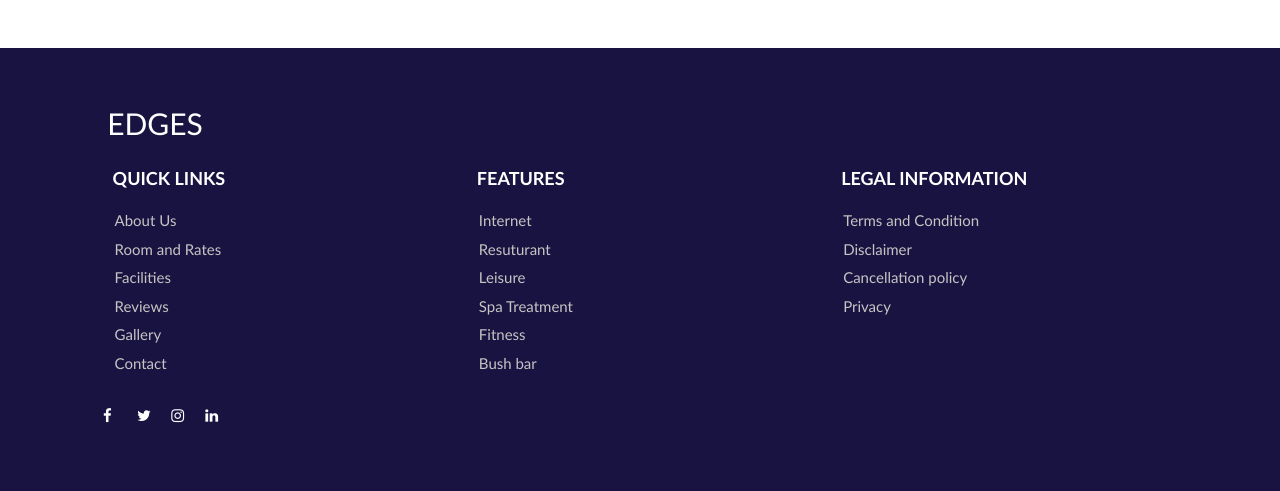
Repository: Syfon01/hotel-website
Page: index.html
The author's editor kept a copy of each file at every save. The page is drawn from the files as they stood at one save, then again after the next save.
The browser window is 1280 px wide. The pictures show the part of the page from y = 2361 to 2852 px (the page is 2852 px tall).

Above is the page before, as saved 2020-06-09 18:37:57.

### index.html
<!doctype html>
<html lang="en">
  <head>
    <title>Title</title>
    <!-- Required meta tags -->
    <meta charset="utf-8">
    <meta name="viewport" content="width=device-width, initial-scale=1, shrink-to-fit=no">
  <!-- font awesome -->
  <link rel="stylesheet" href="https://cdnjs.cloudflare.com/ajax/libs/font-awesome/4.7.0/css/font-awesome.min.css">
    <!-- Bootstrap CSS -->
    <link rel="stylesheet" href="https://stackpath.bootstrapcdn.com/bootstrap/4.3.1/css/bootstrap.min.css" integrity="sha384-ggOyR0iXCbMQv3Xipma34MD+dH/1fQ784/j6cY/iJTQUOhcWr7x9JvoRxT2MZw1T" crossorigin="anonymous">
    <link rel="stylesheet" href="room.css">
    <link rel="stylesheet" href="style.css">

  </head>
  <body>
    <!-- header, navbar -->
    <section class="top__section">
      <div class="top__content">
        <div class="container">
          <div class="icons">
            <i class="fa fa-facebook"></i>
            <i class="fa fa-twitter"></i>
            <i class="fa fa-instagram"></i>
            <i class="fa fa-linkedin"></i>
          </div>

          <div class="select">
            <p>English</p><span><i class="fa fa-angle-down"></i></span>
            <p class="x">NGN</p><span><i class="fa fa-angle-down"></i></span>
          </div>
        </div>
      </div>
    </section>

    <section class="main__frame">
      <nav>
        <input type="checkbox" name="" id="check">
        <label for="check" class="checkbtn"><span class="hamburger"></span></label>
        <label class="navBrand">EDGES</label>
        <ul>
          <li><a href="#" class="active">Home</a></li>
          <li><a href="#">About us</a></li>
          <li><a href="#">Room and Rates</a></li>
          <li><a href="#">Facilities</a></li>
          <li><a href="#">Gallery</a></li>
          <li><a href="#">Review</a></li>
          <li><a href="#">Contact</a></li>
        </ul>
      </nav>

      <div class="text-center text-white pt-5">
        <div class="container cont-head pt-5">
          <div class="vert-head pt-5">
            <h1 class="home pb-3">
              Our Rooms
            </h1>
            <div class="col-12 mx-auto">
              <p>
                Enjoy ultimate relaxation in one of our 94 rooms, including 27 spacious suites, designed with your comfort in
                mind.
                All
                rooms offer free high-speed wireless internet, natural light, as well as coffee and tea facilities. Return
                after a
                full
                day of work or sightseeing and unwind in style.
              </p>
            </div>
          </div>

        </div>
      </div>
    </section>

    <!-- carousel section -->
    <section id="carousel-section">
      <div class="container mt-5">
        <div class="row py-4">
          <div class="col-md-7 col-lg-7 col-12 col-sm-12">
            <div id="carouselExampleIndicators" class="carousel slide" data-ride="carousel">
              <ol class="carousel-indicators">
                <li data-target="#carouselExampleIndicators" data-slide-to="0" class="active"></li>
                <li data-target="#carouselExampleIndicators" data-slide-to="1"></li>
                <li data-target="#carouselExampleIndicators" data-slide-to="2"></li>
              </ol>
              <div class="carousel-inner">
                <div class="carousel-item active">
                  <img src="./img/hotel1.png" class="d-block w-100 img-carousel img-fluid" alt="...">
                </div>
                <div class="carousel-item">
                  <img src="./img/hotel2.png" class="d-block w-100 img-carousel img-fluid" alt="...">
                </div>
                <div class="carousel-item">
                  <img src="./img/hotel3.png" class="d-block w-100 img-carousel img-fluid" alt="...">
                </div>
              </div>

            </div>
          </div>
          <div class="col-md-5 col-lg-5 col-12 col-sm-12">
            <div class="hovertext">
              <h4 class="text-purple mb-4">Standard Room</h4>
              <p class="text-purple"><span class="p-font-weight">Bed type </span>: 1 King sized bed</p>
              <p class="text-purple"><span class="p-font-weight">Size</span> : 25m2</p>
              <p class="text-purple"><span class="p-font-weight">Max.guest </span>: 2 Adults and a child</p>
              <p class="text-purple mb-4"><span class="p-font-weight p-20">#16,700</span> /night</p>
              <button class="btn btn-purple px-5">Book Now</button>
            </div>
          </div>
        </div>

        <div class="row py-4">
          <div class="col-md-7 col-lg-7 col-12 col-sm-12">
            <div id="carouselExampleIndicators" class="carousel slide" data-ride="carousel">
              <ol class="carousel-indicators">
                <li data-target="#carouselExampleIndicators" data-slide-to="0" class="active"></li>
                <li data-target="#carouselExampleIndicators" data-slide-to="1"></li>
                <li data-target="#carouselExampleIndicators" data-slide-to="2"></li>
              </ol>
              <div class="carousel-inner">
                <div class="carousel-item active">
                  <img src="./img/hotel2.png" class="d-block w-100 img-carousel img-fluid" alt="...">
                </div>
                <div class="carousel-item">
                  <img src="./img/hotel3.png" class="d-block w-100 img-carousel img-fluid" alt="...">
                </div>
                <div class="carousel-item">
                  <img src="./img/hotel4.png" class="d-block w-100 img-carousel img-fluid" alt="...">
                </div>
              </div>

            </div>
          </div>
          <div class="col-md-5 col-lg-5 col-12 col-sm-12">
          <div class="hovertext">
            <h4 class="text-purple mb-4">Deluxe Room</h4>
            <p class="text-purple"><span class="p-font-weight">Bed type </span>: 1 King sized bed</p>
            <p class="text-purple"><span class="p-font-weight">Size</span> : 29m2</p>
            <p class="text-purple"><span class="p-font-weight">Max.guest </span>: 2 Adults and a child</p>
            <p class="text-purple mb-4"><span class="p-font-weight p-20">#16,700</span> /night</p>
            <button class="btn btn-purple px-5">Book Now</button>
          </div>
          </div>
        </div>

        <div class="row py-4">
          <div class="col-md-7 col-lg-7 col-12 col-sm-12">
            <div id="carouselExampleIndicators" class="carousel slide" data-ride="carousel">
              <ol class="carousel-indicators">
                <li data-target="#carouselExampleIndicators" data-slide-to="0" class="active"></li>
                <li data-target="#carouselExampleIndicators" data-slide-to="1"></li>
                <li data-target="#carouselExampleIndicators" data-slide-to="2"></li>
              </ol>
              <div class="carousel-inner">
                <div class="carousel-item active">
                  <img src="./img/hotel3.png" class="d-block w-100 img-carousel h-50 img-fluid" alt="...">
                </div>
                <div class="carousel-item">
                  <img src="./img/hotel4.png" class="d-block w-100 img-carousel img-fluid" alt="...">
                </div>
                <div class="carousel-item">
                  <img src="./img/hotel1.png" class="d-block w-100 img-carousel img-fluid" alt="...">
                </div>
              </div>

            </div>
          </div>
          <div class="col-md-5 col-lg-5 col-12 col-sm-12">
          <div class="hovertext">
            <h4 class="text-purple mb-4">Standard Deluxe Room</h4>
            <p class="text-purple"><span class="p-font-weight">Bed type </span>: 1 King sized bed</p>
            <p class="text-purple"><span class="p-font-weight">Size</span> : 48m2</p>
            <p class="text-purple"><span class="p-font-weight">Max.guest </span>: 2 Adults and a child</p>
            <p class="text-purple mb-4"><span class="p-font-weight p-20">#21,000</span> /night</p>
            <button class="btn btn-purple px-5">Book Now</button>
          </div>
          </div>
        </div>

        <div class="row py-4">
          <div class="col-md-7 col-lg-7 col-12 col-sm-12">
            <div id="carouselExampleIndicators" class="carousel slide" data-ride="carousel">
              <ol class="carousel-indicators">
                <li data-target="#carouselExampleIndicators" data-slide-to="0" class="active"></li>
                <li data-target="#carouselExampleIndicators" data-slide-to="1"></li>
                <li data-target="#carouselExampleIndicators" data-slide-to="2"></li>
              </ol>
              <div class="carousel-inner">
                <div class="carousel-item active">
                  <img src="./img/hotel4.png" class="d-block w-100 img-carousel h-50 img-fluid" alt="...">
                </div>
                <div class="carousel-item">
                  <img src="./img/hotel2.png" class="d-block w-100 img-carousel img-fluid" alt="...">
                </div>
                <div class="carousel-item">
                  <img src="./img/hotel1.png" class="d-block w-100 img-carousel img-fluid" alt="...">
                </div>
              </div>

            </div>
          </div>
          <div class="col-md-5 col-lg-5 col-12 col-sm-12">
            <div class="hovertext">
              <h4 class="text-purple mb-4">Executive Room</h4>
              <p class="text-purple"><span class="p-font-weight">Bed type </span>:2 twins or 1 King sized bed</p>
              <p class="text-purple"><span class="p-font-weight">Size</span> : 48m2</p>
              <p class="text-purple"><span class="p-font-weight">Max.guest </span>: 2 Adults and a child</p>
              <p class="text-purple mb-4"><span class="p-font-weight p-20">#25,000</span> /night</p>
              <button class="btn btn-purple px-5">Book Now</button>
            </div>
          </div>
        </div>
      </div>
    </section>

    <!-- explore section  -->
    <div class="explore py-4 mb-4">
      <div class='hero'>
        <div class="cont-vert d-none d-md-block d-lg-block">
          <div class="text-center vert col-12">
            <h1>
              Explore and see what comfort really is
            </h1>
            <img src="./img/play.svg" class="img-fluid" alt="" srcset="">
          </div>
        </div>

        <div class="d-sm-block d-lg-none d-md-none py-5">
          <div class="text-center col-12 py-5">
            <h2 class="pt-5">
              Explore and see what comfort really is
            </h2>
            <img src="./img/play.svg" class="img-fluid pt-2" alt="" srcset="">
          </div>
        </div>

      </div>
</div>
<!-- footer -->
<footer>
  <h2>Edges</h2>



  <div class="de-table">

    <div class="d-column">
      <ul class="d-row">
        <li id="theader">Quick Links </li>
        <li><a href="#">About Us </a></li>
        <li><a href="#"> Room and Rates</a></li>
        <li><a href="#"> Facilities</a></li>
        <li><a href="#">Reviews</a> </li>
        <li><a href="#">Gallery</a> </li>
        <li><a href="#"> Contact</a></li>
      </ul>
    </div>

    <div class="d-column">
      <ul class="d-row">
        <li id="theader">Features </li>
        <li><a href="#">Internet</a></li>
        <li><a href="#">Resuturant</a> </li>
        <li><a href="#">Leisure</a> </li>
        <li> <a href="#">Spa Treatment</a></li>
        <li><a href="#">Fitness </a></li>
        <li><a href="#">Bush bar </a></li>
      </ul>
    </div>

    <div class="d-column">
      <ul class="d-row">
        <li id="theader"> Legal Information</li>
        <li><a href="#">Terms and Condition </a></li>
        <li><a href="#">Disclaimer</a> </li>
        <li> <a href="#">Cancellation policy</a></li>
        <li><a href="#">Privacy</a> </li>
      </ul>
    </div>


  </div>


  <div class="links">
    <i class="fa fa-facebook"><a href="#"></a></i>
    <i class="fa fa-twitter"><a href="#"></a></i>
    <i class="fa fa-instagram"><a href="#"></a></i>
    <i class="fa fa-linkedin"><a href="#"></a></i>

  </div>
</footer>


    <!-- Optional JavaScript -->
    <!-- jQuery first, then Popper.js, then Bootstrap JS -->
    <script src="https://code.jquery.com/jquery-3.3.1.slim.min.js" integrity="sha384-q8i/X+965DzO0rT7abK41JStQIAqVgRVzpbzo5smXKp4YfRvH+8abtTE1Pi6jizo" crossorigin="anonymous"></script>
    <script src="https://cdnjs.cloudflare.com/ajax/libs/popper.js/1.14.7/umd/popper.min.js" integrity="sha384-UO2eT0CpHqdSJQ6hJty5KVphtPhzWj9WO1clHTMGa3JDZwrnQq4sF86dIHNDz0W1" crossorigin="anonymous"></script>
    <script src="https://stackpath.bootstrapcdn.com/bootstrap/4.3.1/js/bootstrap.min.js" integrity="sha384-JjSmVgyd0p3pXB1rRibZUAYoIIy6OrQ6VrjIEaFf/nJGzIxFDsf4x0xIM+B07jRM" crossorigin="anonymous"></script>
  </body>
</html>

### room.css
.text-purple{
 color: #333333
}
.p-font-weight{
  font-weight: 500;
}
.p-20{
  font-size: 24px;
}
p{
  font-size: 18px;;
}
.btn-purple{
  background-color: #191341;
  color: #fff;
  border-radius: 5px;
}
.img-carousel{
  height: 300px!important;
}
.carousel-indicators li{
  border-radius: 100%;
  width: 8px;
  height: 8px;
}
.home-header{
  background-image: linear-gradient(to bottom, rgba(0, 0, 0, 0.4), rgba(0, 0, 0, 0.6)),
  url('https://res.cloudinary.com/syfon/image/upload/v1591642862/header.png');
  width: 100%;
  height: 75vh;
  background-size: cover;
  color: white;
  ;
}
.hero{
   background-image: linear-gradient(to bottom, rgba(25, 19, 65, 0.6), rgba(25, 19, 65, 0.8)),
   url('https://res.cloudinary.com/syfon/image/upload/v1591642863/explore.png');
   width: 100%;
   /* height: 75vh; */
   background-size: cover;
   color: white;
  ;
}

.vert{
  margin: 0;
  position: absolute;
  top: 50%;
  left: 50%;
  -ms-transform: translate(-50%, -50%);
  transform: translate(-50%, -50%);
}
.cont-vert{
  height: 400px;
  position: relative;
}

.cont-head {
  height: 400px;
  position: relative;
  z-index: 2;
}
@media screen and (min-width: 300px) and (max-width: 420px){
  .cont-head{
    min-height: 500px;
  }

}

@media (max-width: 991px) {
  #words {
    width: 100%;
    /* margin: auto;
      text-align: justify; */
  }

  .row {
    /* opacity: 0.4; */
    position: relative;
    overflow: hidden;
  }

  .col-md-7 {
    opacity: 1;
    display: block;
    width: 100%;
    height: auto;
    transition: .5s ease;
    backface-visibility: hidden;
  }

  .col-md-5 {
    opacity: 0;
    position: absolute;
    top: 2;
    left: 0;
    padding: 0em;
    line-height: 1;
    /* background-color: blue; */
    /* transform: translate(-50%, -50%); */
    /*-ms-transform: translate(-50%, -50%); */

  }

  .col-md-5 p {
    color: white
  }

  .col-md-5 h4 {
    color: white
  }

  .row:hover .col-md-7 {
    /* opacity: ; */

  }

  .row:hover .col-md-5 {
    opacity: 0.9;
    padding: 0em 1em;

  }

  .row:hover.btn-purple {
    opacity: 1;

  }

  .hovertext {
    padding: 1.5em 1em;
    background-color: #112966;

    /* font-size: 16px;
      padding: 16px 32px; */
  }

  .btn-purple {
    color: #191341;
    background-color: #fff;
    padding: 0.2em;
    font-size: 25px;
    margin-top: 0em;
    font-weight: bold;
  }

  .btn-purple:hover {
    background-color: rgb(3, 87, 3);
    color: white;
    border: none;
    outline: none
  }

  .carousel-indicators li {
    display: none
  }
}

### style.css
html * {
  margin: 0;
  padding: 0;
  box-sizing: border-box;
}

body {
  font-family: Calibri, 'Trebuchet MS', sans-serif;
  width: 100%;
  height: 100%;
}


/*  NAVBAR */
a {
  text-decoration: none;
}

.main__frame {
  width: 100%;
  /* height: calc(80vh - 50px); */
  background-image: url('https://res.cloudinary.com/syfon/image/upload/v1591642862/header.png');
  background-repeat: no-repeat;
  object-fit: cover;
  background-size: cover;
  position: relative;
}

.main__frame::after {
  content: '';
  position: absolute;
  top: 0;
  left: 0;
  width: 100%;
  height: 100%;
  z-index: 1;
  background: rgba(0, 0, 0, 0.5);
  color: #fff!important;
}

.top__section {
  width: 100%;
  height: 49px;
}

.top__content {
  max-width: 100%;
  height: 49px;
  background: #191341;
}

.top__content>.container {
  width: 80%;
  display: flex;
  flex-direction: row;
  justify-content: space-between;
  margin: 0 auto;
  color: #ffffff;
  padding-top: 15px;
}

.container>.icons {
  display: flex;
  flex-direction: row;
  width: 100px;
  font-size: 15px;
}

.icons i {
  margin-right: 25px;
}

.container {
  width: 80%;
  margin: 0 auto;
}

.container>.select {
  display: flex;
  flex-direction: row;
  width: 200px;
  font-size: 18px;

}

/* select section */
.select>p {
  margin-right: 10px;
}

.select>p.x {
  margin-left: 40px;
}

.select>span {
  line-height: 25px;
}

/* navigation */
nav {
  position: absolute;
  content: '';
  width: 100%;
  height: 80px;
  z-index: 2;
  padding: 0 4em;
}

nav .navBrand {
  /* font-family: Calibri; */
  font-style: normal;
  font-weight: bold;
  font-size: 45px;
  line-height: 70px;
  color: #ffff;
  z-index: 2;
  float: left;
}

nav ul {
  float: right;
  list-style: none;
}

nav ul li {
  display: inline-block;
  line-height: 70px;
}

nav li a {
  font-family: Calibri;
  font-style: normal;
  font-weight: normal;
  font-size: 20px;
  line-height: 24px;
  color: #FFFFFF;
  padding: 8px 17px;
}

nav li a:hover {
  background: #191341;
  box-shadow: 2px 0px 2px rgba(0, 0, 0, 0.25);
  border-radius: 5px;
}

.checkbtn {
  float: right;
  position: relative;
  top: 32px;
  cursor: pointer;
  display: none;
}

#check {
  display: none;
}

/* Hamburger menu with CSS */
.hamburger,
.hamburger::before,
.hamburger::after {
  content: "";
  display: block;
  background: #fff;
  height: 3px;
  width: 1.8rem;
  border-radius: 4px;
  transition: all .4s ease-out;
}

.hamburger::before {
  transform: translateY(-8px);
}

.hamburger::after {
  transform: translateY(5px);
}

/* Hamburger icon switch to X */
#check:checked~.checkbtn .hamburger {
  transform: rotate(45deg);
  background: #fff;
}

#check:checked~.checkbtn .hamburger::after {
  transform: translateY(-3px) rotate(-90deg);
  background: #fff;
}

#check:checked~.checkbtn .hamburger::before {
  opacity: 0;
}

/* media Query */

/* mobile */
@media screen and (min-width: 300px) and (max-width: 420px) {

  /* top icons */
  .container>.icons {
    width: 30%;
    font-size: 12px;
  }

  .icons i {
    margin-right: 20px;
  }

  .container>.select {
    width: 40%;
    font-size: 12px;
  }

  .select>p.x {
    margin-left: 20px;
  }

  .select>span {
    line-height: 18px;
  }

  .top__content>.container {
    width: 80% !important;
  }

  nav {
    padding: 0 2.4em !important;
  }

  nav .navBrand {
    font-size: 27px !important;
  }
}

/* small tablet */
@media screen and (min-width: 550px) and (max-width: 772px) {

  .container>.select {
    font-size: 12px;
  }

  .select>span {
    line-height: 18px;
  }

  nav {
    padding: 0 5em;
  }

  nav .navBrand {
    font-size: 33px;
  }
}

/* tablet */
@media screen and (min-width: 900px) and (max-width: 1250px) {
  .top__content>.container {
    width: 85%;
  }

  nav {
    padding: 0 4em;
  }

  nav .navBrand {
    font-size: 33px;
  }

  li a {
    font-size: 14px;
    padding: 8px 14px;
  }
}

@media screen and (min-width: 1250px) {
  nav {
    padding: 0 8em;
  }

}

/* navbar */
@media screen and (max-width: 852px) {
  .checkbtn {
    display: block;
  }

  nav ul {
    position: fixed;
    width: 100%;
    height: 100%;
    background: rgba(0, 0, 0, 0.9);
    top: 110px;
    left: -100%;
    text-align: center;
    transition: all .4s;
  }

  nav ul li {
    display: block;
    margin: 50px 0;
    line-height: 30px;
  }

  nav ul li a {
    font-size: 20px;
  }

  li a:hover,
  a.active {
    background: none;
    color: #191341;
  }

  #check:checked~ul {
    left: 0;
  }
}



/* footer  */
footer {
  color: white;
  padding: 3em;
  background-color: #191341;
}

footer h2 {
  width: 90%;
  margin: auto;
  font-size: 30px;
  padding: 0.3em 0em;
  text-transform: uppercase
}

.de-table {

  margin: auto;
  width: 95%;
  display: flex;
  padding-left: 2em;

}

.de-table ul {
  list-style-type: none;
}

.d-column {
  width: 40%
}

#theader {
  padding-top: 12px;
  padding-bottom: 12px;
  text-align: left;
  font-weight: bold;
  font-size: 18px;
  line-height: 32px;
  text-transform: uppercase;
}

.d-row li {
  padding: 3px;
  font-size: 15px
}

.d-row li a {
  color: rgb(199, 196, 196);
  text-decoration: none;
  padding: 2px
}

.links {

  padding: 1em 2.5em;

}

.links .fa {
  padding: 15px;
  cursor: pointer;
  width: 15px;
  height: 15px;
  font-size: 15px;
  text-decoration: none;

}

@media (max-width: 991px) {
  footer {
    /* text-align: center; */
    color: white;
    padding-left: 2em
  }

  .d-table {
    display: block;

    padding: 0em
  }

  .d-column {
    width: 100%;
    padding: 1em;

  }

  footer h2 {
    padding: 0.5em
  }

  #theader {

    line-height: 7px;

  }
}

After the next save:
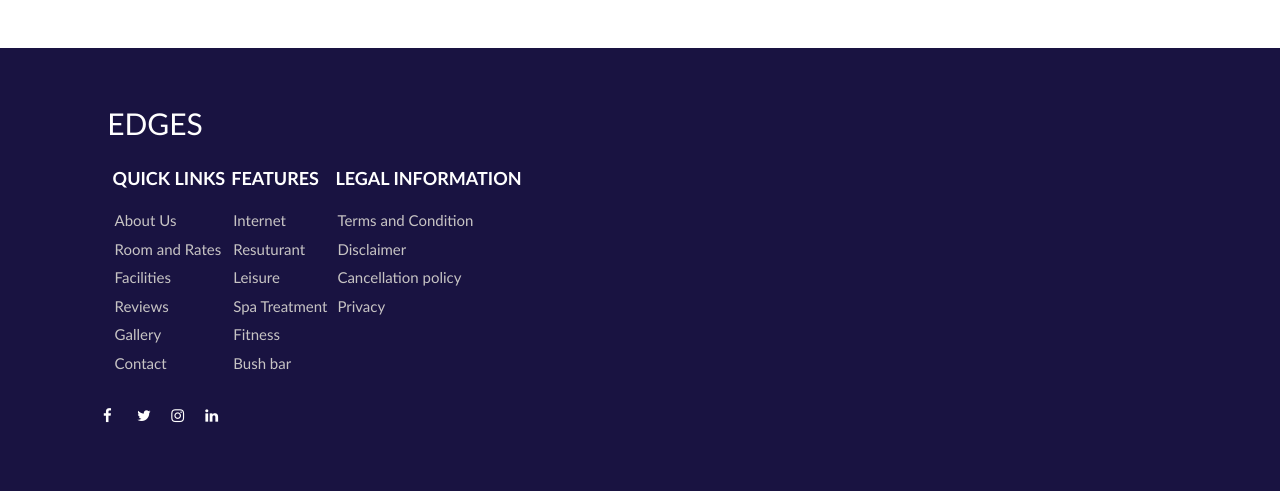
Saved 4 min 17 s later.
--- a/style.css
+++ b/style.css
@@ -347,7 +347,7 @@ footer h2 {
   list-style-type: none;
 }
 
-.d-column {
+.de-column {
   width: 40%
 }
 
